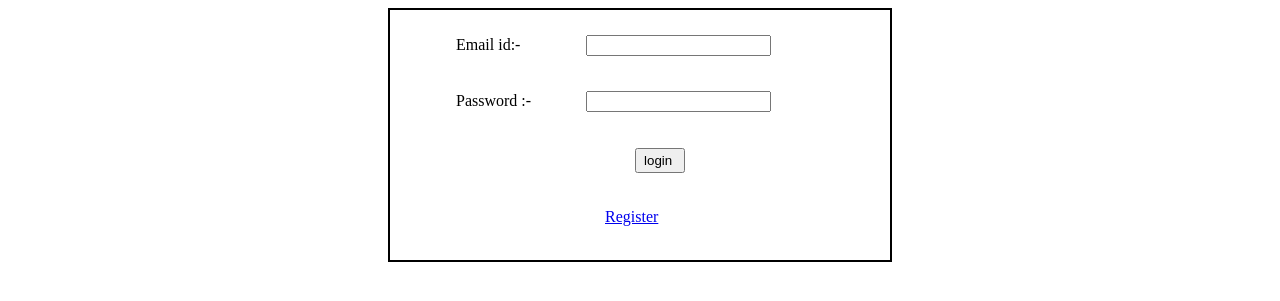
Repository: ShivrajMPujari/ServletApplication
Page: http://localhost/LoginRegistration/
An editor plug-in stored every save of this project. The page is shown before and after the next save, followed by the edit.
The browser window is 1280 px wide. The pictures show the whole page.
The page is served by Tomcat 9. Other server files are loaded and not shown.

Above is the page before, as saved 2018-07-11 09:47:36.

### LoginRegistration/src/main/webapp/index.jsp
<!DOCTYPE html>
<html>
<head>
<meta charset="UTF-8">
<title>Insert title here</title>
<link rel="stylesheet" href="index.css"/>

<script type="text/javascript">

function validation(){





}



</script>


</head>
<body>

<div class="tableDiv">
<form action="login" method="get">
<table class="loginTabel" cellspacing="15">
<tr>
	<td> Email id:- </td> <td> <input type="email" name="emailId" required/></td>
</tr>

<tr>
	<td>Password :- </td> <td> <input type="password" name="password" required/> </td>
</tr>

<tr>
<td colspan="2"  class="submitButton"  > <input class="btn"type="submit" value="login " /></td>
</tr>

<tr>
<td colspan="2" class="register"><a href="Registration.jsp">Register</a></td>
</tr>
</table>
</form>
</div>
</body>
</html>

### LoginRegistration/src/main/webapp/index.css
@CHARSET "UTF-8";

.tableDiv{
	height:250px;
	width:500px;
	margin:auto;
	border:2px solid black;
}
.loginTabel{

	height:240px;
	width:480px;
	margin:auto;
	padding-left: 40px;

}

.submitButton{
	padding-left:180px;

}
.btn{
	height: 25px;
	width:50px;
}
.register{

	padding-left:150px;
}

After the next save:
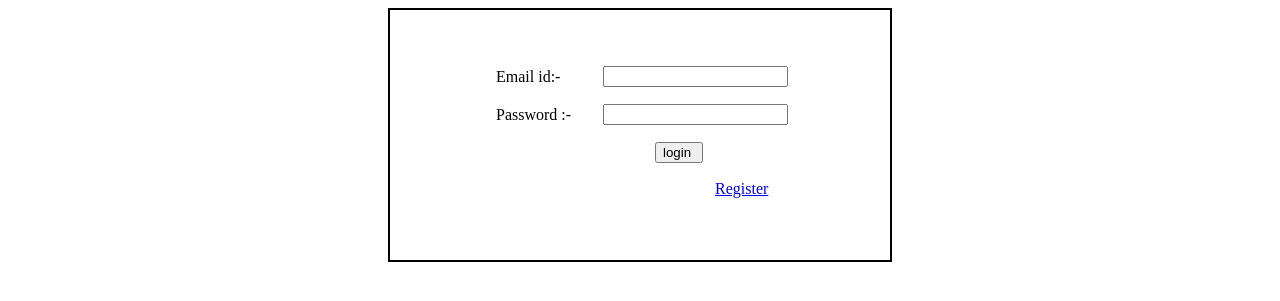
Saved 26 s later.
--- a/LoginRegistration/src/main/webapp/index.css
+++ b/LoginRegistration/src/main/webapp/index.css
@@ -1,5 +1,3 @@
-@CHARSET "UTF-8";
-
 .tableDiv{
 	height:250px;
 	width:500px;
@@ -8,22 +6,25 @@
 }
 .loginTabel{
 
-	height:240px;
-	width:480px;
+	height:200px;
+	width:400px;
 	margin:auto;
-	padding-left: 40px;
+    padding-top: 40px;
+    padding-left: 40px;
+}
+.submitButton{
+	padding-left:160px;
 
-}
-
-.submitButton{
-	padding-left:180px;
-
-}
-.btn{
-	height: 25px;
-	width:50px;
 }
 .register{
 
-	padding-left:150px;
+	padding-left:220px;
 }
+#emailMsg{
+color: red;
+font-size: 15px;
+}
+#passwordMsg{
+	color: red;
+	font-size: 15px;
+}
